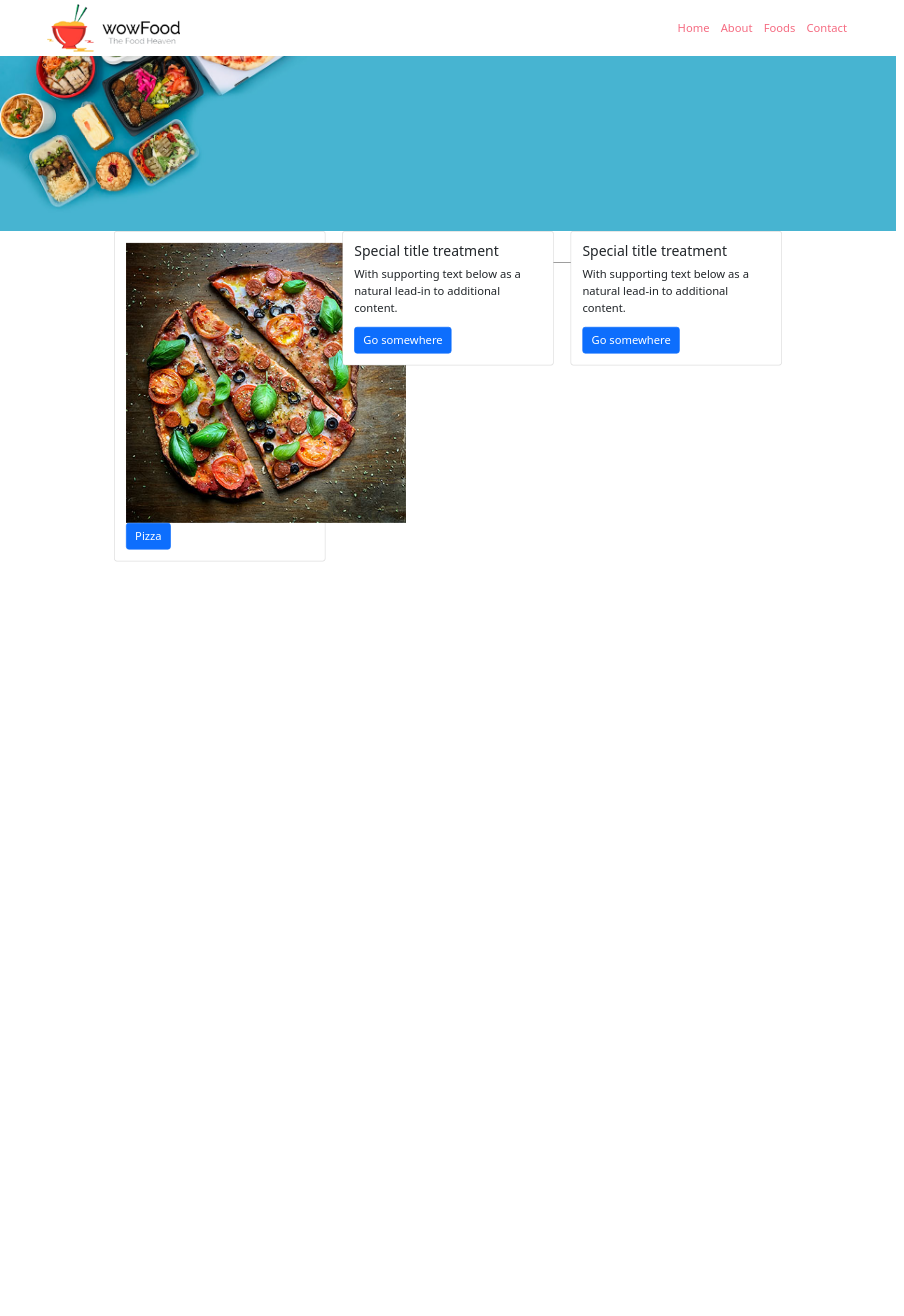
Repository: ruaruababa/RestaurantBS5
Page: html/index.html
An editor plug-in stored every save of this project. The page is shown before and after the next save, followed by the edit.
The browser window is 1280 px wide. The page is 1292 px wide, so the pictures cover 1292 px, including what lies to the right of the window. The pictures show the part of the page from y = 0 to 1880 px (the page is 3080 px tall), at 70% of full size.

Above is the page before, as saved 2021-09-25 17:08:38.

### html/index.html
<!DOCTYPE html>
<html lang="en">

<head>
    <meta charset="UTF-8" />
    <meta http-equiv="X-UA-Compatible" content="IE=edge" />
    <meta name="viewport" content="width=device-width, initial-scale=1.0" />
    <title>Document</title>
    <link href="https://cdn.jsdelivr.net/npm/bootstrap@5.1.1/dist/css/bootstrap.min.css" rel="stylesheet"
        integrity="sha384-F3w7mX95PdgyTmZZMECAngseQB83DfGTowi0iMjiWaeVhAn4FJkqJByhZMI3AhiU" crossorigin="anonymous" />
    <link rel="stylesheet" href="https://cdn.jsdelivr.net/npm/bootstrap-icons@1.5.0/font/bootstrap-icons.css" />
    <link rel="stylesheet" href="/css/style.css">
</head>

<body>
    <nav class="navbar navbar-expand-lg navbar-light bg-light nav-fixed">
        <div class="container-fluid ">
            <a class="navbar-brand" href="#">
                <img src="/img/logo.png" alt="">
            </a>
            <button class="navbar-toggler" type="button" data-bs-toggle="collapse"
                data-bs-target="#navbarSupportedContent" aria-controls="navbarSupportedContent" aria-expanded="false"
                aria-label="Toggle navigation">
                <span class="navbar-toggler-icon"></span>
            </button>
            <div class="collapse navbar-collapse" id="navbarSupportedContent">
                <ul class="navbar-nav ">
                    <li class="nav-item">
                        <a class="nav-link active nav-link-fixed" aria-current="page" href="#">Home</a>
                    </li>
                    <li class="nav-item">
                        <a class="nav-link active nav-link-fixed" aria-current="page" href="#">About</a>
                    </li>
                    <li class="nav-item">
                        <a class="nav-link active nav-link-fixed" aria-current="page" href="#">Foods</a>
                    </li>
                    <li class="nav-item">
                        <a class="nav-link active nav-link-fixed" aria-current="page" href="#">Contact</a>
                    </li>
                </ul>
            </div>
        </div>
    </nav>

    <!-- End navbar -->

    <section style="margin-top: 80px;">
        <div class="container-section" style="">
            <img src="/img/bg.jpg" class="img-fluid" alt="Responsive image"
                style="height:250px; width:100%; object-fit: cover;">
            <form action="" class="form-search"
                style="width: 100%; position: absolute; top: 50%; transform: translateY(-50%); text-align: center;">
                <input type="text" placeholder="Search for Food" style="width:35%">
                <input type="button" value="Search">
            </form>
        </div>
    </section>

    <!-- end section background -->

    <section>
        <div class="row justify-content-center">
            <div class="col-sm-3">
                <div class="card">
                    <div class="card-body">
                        <img src="/img/menu-pizza.jpg" alt="">
                        <a href="#" class="btn btn-primary">Pizza</a>
                    </div>
                </div>
            </div>
            <div class="col-sm-3">
                <div class="card">
                    <div class="card-body">
                        <h5 class="card-title">Special title treatment</h5>
                        <p class="card-text">With supporting text below as a natural lead-in to additional content.</p>
                        <a href="#" class="btn btn-primary">Go somewhere</a>
                    </div>
                </div>
            </div>
            <div class="col-sm-3">
                <div class="card">
                    <div class="card-body">
                        <h5 class="card-title">Special title treatment</h5>
                        <p class="card-text">With supporting text below as a natural lead-in to additional content.</p>
                        <a href="#" class="btn btn-primary">Go somewhere</a>
                    </div>
                </div>
            </div>
        </div>
    </section>

    <script src="https://cdn.jsdelivr.net/npm/bootstrap@5.1.1/dist/js/bootstrap.bundle.min.js"
        integrity="sha384-/bQdsTh/da6pkI1MST/rWKFNjaCP5gBSY4sEBT38Q/9RBh9AH40zEOg7Hlq2THRZ" crossorigin="anonymous">
    </script>
</body>

</html>

### css/style.css
body{
    height: 3000px!important;
}
.nav-fixed{
    background-color: white!important;
    padding: 0 50px;
    position: fixed;
    width: 100%;
    z-index: 1;
    top: 0;
}
.navbar-collapse{
    justify-content: end;
}
.nav-link-fixed{
    text-align: center;
    color: #f56b81!important;
}

After the next save:
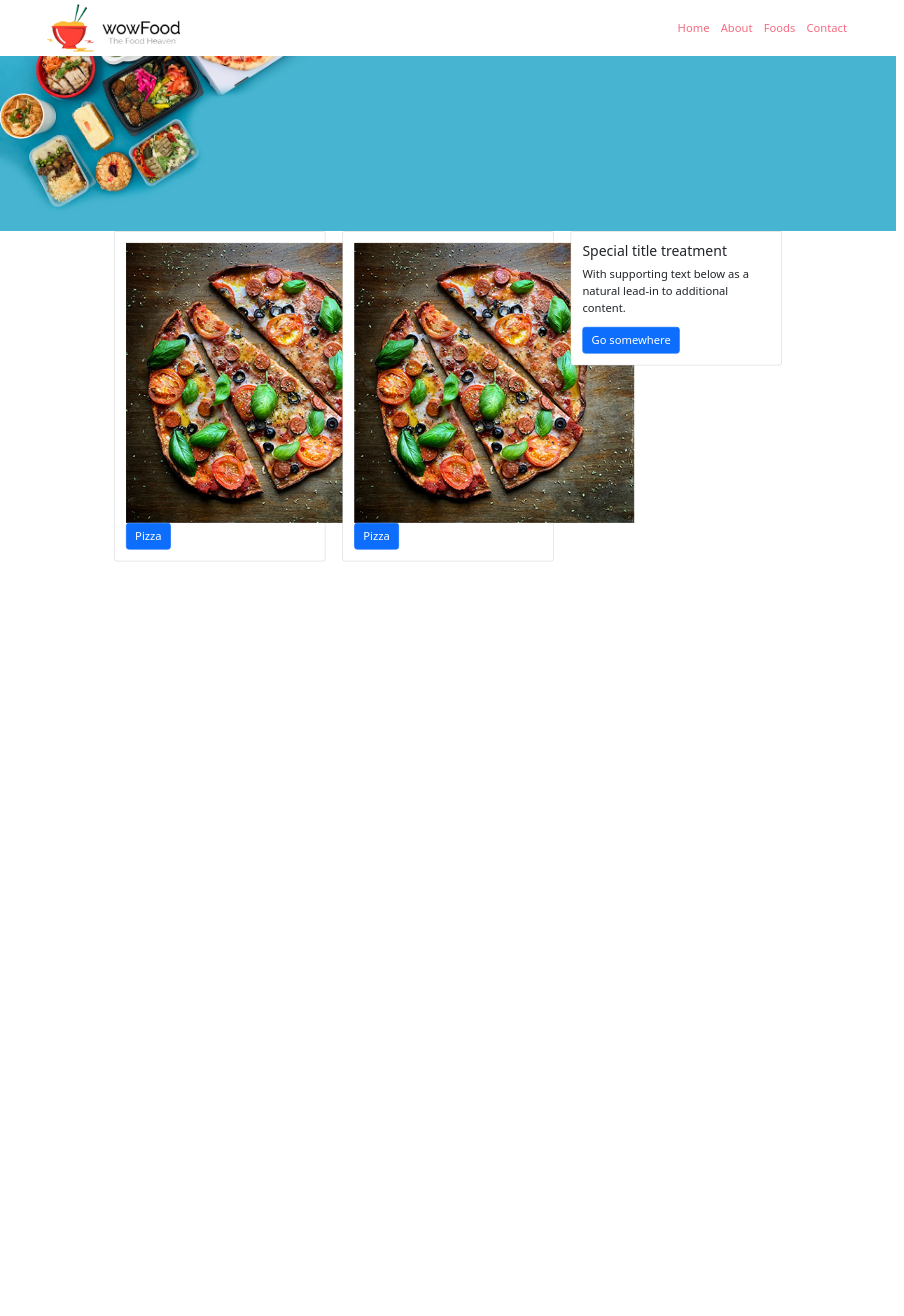
Saved 17 s later.
--- a/html/index.html
+++ b/html/index.html
@@ -71,9 +71,8 @@
             <div class="col-sm-3">
                 <div class="card">
                     <div class="card-body">
-                        <h5 class="card-title">Special title treatment</h5>
-                        <p class="card-text">With supporting text below as a natural lead-in to additional content.</p>
-                        <a href="#" class="btn btn-primary">Go somewhere</a>
+                        <img src="/img/menu-pizza.jpg" alt="">
+                        <a href="#" class="btn btn-primary">Pizza</a>
                     </div>
                 </div>
             </div>
